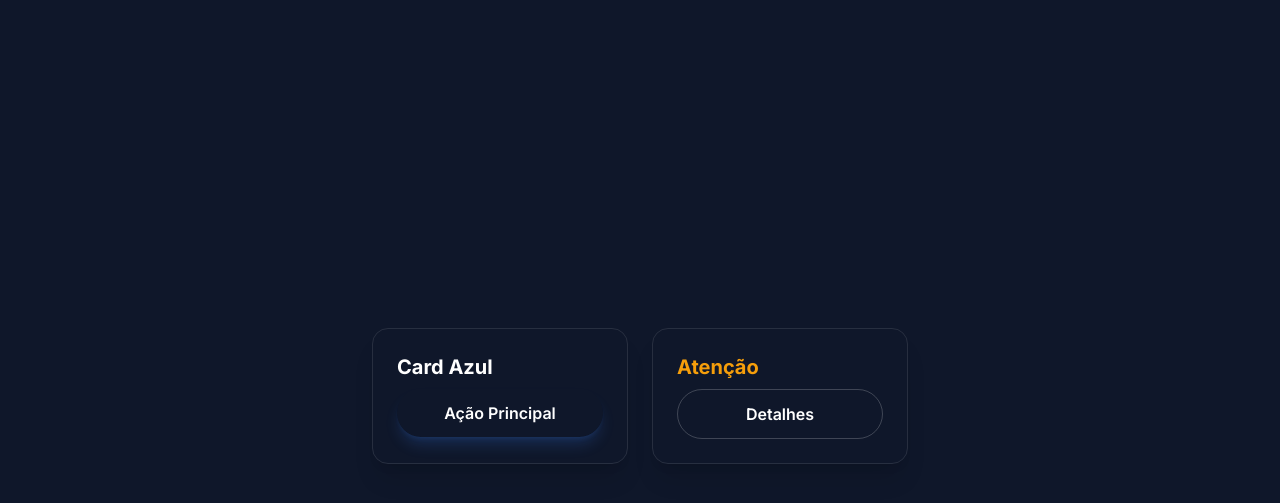
Repository: Hackaton-ONE/hackathon-Frontend
Page: /
The author's editor kept a copy of each file at every save. The page is drawn from the files as they stood at one save, then again after the next save.
The browser window is 1280 px wide. The pictures show the whole page.
The project was rebuilt for these pictures with package versions that can differ from the ones it lists, and the page was loaded fresh each time. The framework's server and built-in components were replaced by stand-ins that run in the browser. Also part of the build but not shown: next.config.ts.

Above is the page before, as saved 2026-01-01 14:13:53.

### app/layout.tsx
import type { Metadata } from "next";
import { Inter, Poppins } from "next/font/google"; // 1. Importar Poppins
import "./globals.css";

// 2. Configurar Inter
const inter = Inter({
  subsets: ["latin"],
  variable: "--font-inter",
});

// 3. Configurar Poppins (Pesos comuns: 400, 600, 700)
const poppins = Poppins({
  weight: ['400', '600', '700'],
  subsets: ["latin"],
  variable: "--font-poppins",
});

export const metadata: Metadata = {
  title: "MoodMatrix",
  description: "Análise de sentimentos com IA",
};

export default function RootLayout({
  children,
}: Readonly<{
  children: React.ReactNode;
}>) {
  return (
    <html lang="pt-br">
      {/* 4. Adicionar ambas as variáveis no body */}
      <body className={`${inter.variable} ${poppins.variable} bg-mood-dark text-white font-sans antialiased`}>
        {children}
      </body>
    </html>
  );
}

### app/page.tsx
import { Button } from "@/components/Button";
import { GlassCard } from "@/components/GlassCard";

export default function Home() {
  return (
    <main className="flex min-h-screen flex-col items-center justify-center p-10 gap-8 bg-mood-dark">

      <h1 className="text-4xl font-poppins font-bold text-transparent bg-clip-text bg-gradient-to-r from-blue-DEFAULT to-neon-green">
        UI Kit Check
      </h1>

      <div className="grid grid-cols-1 md:grid-cols-2 gap-6">
        {/* Teste Card Azul */}
        <GlassCard gradient="blue" className="p-6 w-64 border-blue-DEFAULT/30">
          <h2 className="text-xl font-bold mb-2">Card Azul</h2>
          <Button variant="primary" className="w-full">Ação Principal</Button>
        </GlassCard>

        {/* Teste Card Laranja (Aviso) */}
        <GlassCard gradient="orange" className="p-6 w-64 border-neon-orange/30">
          <h2 className="text-xl font-bold mb-2 text-neon-orange">Atenção</h2>
          <Button variant="outline" className="w-full">Detalhes</Button>
        </GlassCard>
      </div>

    </main>
  );
}

### app/globals.css
@tailwind base;
@tailwind components;
@tailwind utilities;

/* Define o fundo padrão do site inteiro e a cor do texto */
body {
  background-color: #0F172A; /* mood.dark */
  color: #ffffff;
  min-height: 100vh;
}

/* Utilitário para o efeito de Vidro (Glassmorphism) */
.glass {
  background: rgba(30, 41, 59, 0.4); /* mood.gray com transparência */
  backdrop-filter: blur(12px);
  -webkit-backdrop-filter: blur(12px);
  border: 1px solid rgba(255, 255, 255, 0.1);
}

### components/Button.tsx
import React from "react";

interface ButtonProps extends React.ButtonHTMLAttributes<HTMLButtonElement> {
  variant?: "primary" | "outline" | "ghost";
  children: React.ReactNode;
}

export function Button({ variant = "primary", className = "", children, ...props }: ButtonProps) {

  const baseStyles = "px-6 py-3 rounded-full font-semibold transition-all duration-300 flex items-center justify-center gap-2 active:scale-95";

  const variants = {
    // Gradiente Azul -> Verde (Conforme sua paleta)
    primary: "bg-gradient-to-r from-blue-DEFAULT to-neon-green text-white shadow-lg shadow-blue-500/20 hover:shadow-blue-500/40 hover:brightness-110 border-0",

    // Apenas borda
    outline: "bg-transparent border border-white/20 text-white hover:bg-white/5",

    // Transparente (bom para links no menu)
    ghost:   "bg-transparent text-gray-400 hover:text-white hover:bg-white/5",
  };

  return (
    <button
      className={`${baseStyles} ${variants[variant]} ${className}`}
      {...props}
    >
      {children}
    </button>
  );
}

### components/GlassCard.tsx
import React from "react";

interface GlassCardProps {
  children: React.ReactNode;
  className?: string;
  gradient?: "blue" | "green" | "red" | "orange" | "none";
}

export function GlassCard({ children, className = "", gradient = "none" }: GlassCardProps) {

  const gradientBg = {
    none: "bg-white/5", // Base neutra mais sutil
    blue: "bg-card-blue",
    green: "bg-card-green",
    red: "bg-card-red",
    orange: "bg-card-orange",
  };

  return (
    <div className={`relative overflow-hidden rounded-2xl border border-white/10 shadow-xl ${className}`}>
      {/* CAMADA DO VIDRO (Fundo + Blur)
        Fica posicionada absolutamente atrás do conteúdo.
      */}
      <div
        className={`
          absolute inset-0
          backdrop-blur-xl
          ${gradientBg[gradient]}
          -z-10 /* Garante que fique atrás do conteúdo */
        `}
        aria-hidden="true"
      />

      {/* CONTEÚDO (Texto, Botões)
        Fica na frente, sem nenhum blur aplicado diretamente nele.
      */}
      <div className="relative z-10 h-full">
        {children}
      </div>
    </div>
  );
}

### tailwind.config.ts
/** @type {import('tailwindcss').Config} */
const config = {
  // Configuração de onde o Tailwind procura as classes
  content: [
    "./app/**/*.{js,ts,jsx,tsx,mdx}",
    "./pages/**/*.{js,ts,jsx,tsx,mdx}",
    "./components/**/*.{js,ts,jsx,tsx,mdx}",
    "./src/app/**/*.{js,ts,jsx,tsx,mdx}",
    "./src/pages/**/*.{js,ts,jsx,tsx,mdx}",
    "./src/components/**/*.{js,ts,jsx,tsx,mdx}",
  ],
  theme: {
    extend: {
      colors: {
        white: "#FFFFFF",
        mood: {
          dark: "#0F172A", // Fundo Azul Escuro
          nav: "#FFFFFF",  // Base para Navbar
        },
        blue: {
          light: "#60A5FA",   // Azul Claro
          DEFAULT: "#2563EB", // Azul Padrão
          dark: "#1E3A8A",    // Azul Escuro
        },
        neon: {
          green: "#10B981",
          red: "#B91C1C",
          orange: "#F59E0B",
        },
      },
      fontFamily: {
        sans: ['var(--font-inter)', 'sans-serif'],
        poppins: ['var(--font-poppins)', 'sans-serif'],
      },
      backgroundImage: {
        // Gradientes de Seta e Barra de Progresso
        'gradient-pos': 'linear-gradient(to right, #2563EB, #10B981)',
        'gradient-neg': 'linear-gradient(to right, #B91C1C, #F59E0B)',

        // Gradientes Sutis para os Cards (Glassmorphism)
        'card-blue': 'linear-gradient(180deg, rgba(255, 255, 255, 0) 0%, rgba(96, 165, 250, 0.05) 100%)',
        'card-green': 'linear-gradient(180deg, rgba(255, 255, 255, 0) 0%, rgba(16, 185, 129, 0.05) 100%)',
        'card-red': 'linear-gradient(180deg, rgba(255, 255, 255, 0) 0%, rgba(185, 28, 28, 0.05) 100%)',
        'card-orange': 'linear-gradient(180deg, rgba(255, 255, 255, 0) 0%, rgba(245, 158, 11, 0.05) 100%)', // NOVO
      }
    },
  },
  plugins: [],
};

export default config;

After the next save:
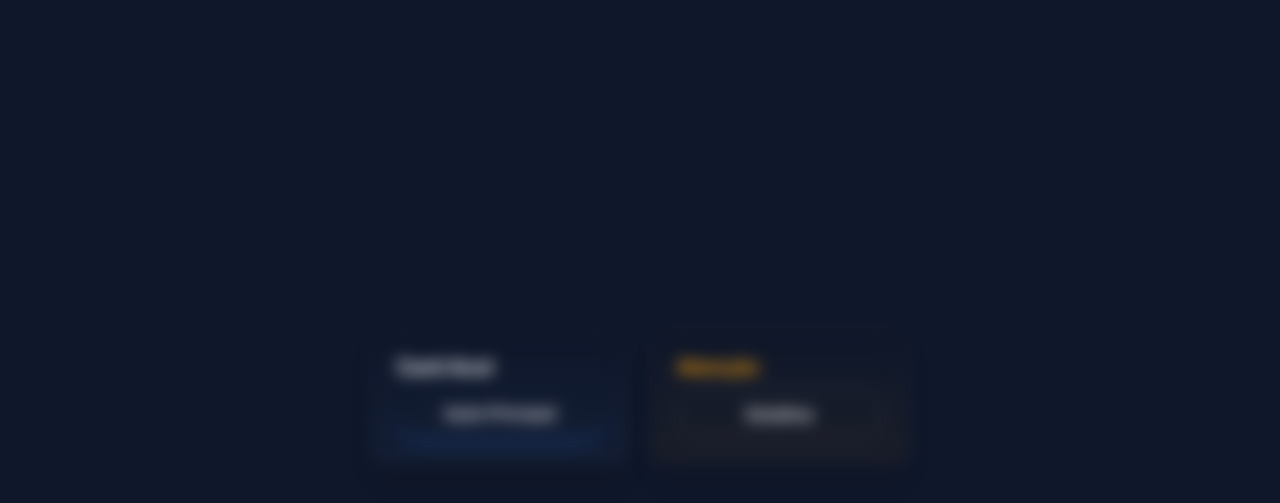
Saved 15 s later.
--- a/components/GlassCard.tsx
+++ b/components/GlassCard.tsx
@@ -3,13 +3,14 @@
 interface GlassCardProps {
   children: React.ReactNode;
   className?: string;
-  gradient?: "blue" | "green" | "red" | "orange" | "none";
+  gradient?: "blue" | "green" | "red" | "orange" | "none"; // Adicionei suporte aos seus gradientes
 }
 
 export function GlassCard({ children, className = "", gradient = "none" }: GlassCardProps) {
 
+  // Mapeia a prop 'gradient' para as classes do Tailwind config
   const gradientBg = {
-    none: "bg-white/5", // Base neutra mais sutil
+    none: "bg-mood-nav/5", // Branco 5%
     blue: "bg-card-blue",
     green: "bg-card-green",
     red: "bg-card-red",
@@ -17,26 +18,18 @@
   };
 
   return (
-    <div className={`relative overflow-hidden rounded-2xl border border-white/10 shadow-xl ${className}`}>
-      {/* CAMADA DO VIDRO (Fundo + Blur)
-        Fica posicionada absolutamente atrás do conteúdo.
-      */}
-      <div
-        className={`
-          absolute inset-0
-          backdrop-blur-xl
-          ${gradientBg[gradient]}
-          -z-10 /* Garante que fique atrás do conteúdo */
-        `}
-        aria-hidden="true"
-      />
-
-      {/* CONTEÚDO (Texto, Botões)
-        Fica na frente, sem nenhum blur aplicado diretamente nele.
-      */}
-      <div className="relative z-10 h-full">
-        {children}
-      </div>
+    <div
+      className={`
+        relative overflow-hidden
+        backdrop-blur-md         /* O blur do vidro */
+        border border-white/10   /* Borda sutil padrão */
+        rounded-2xl              /* Bordas arredondadas */
+        shadow-xl
+        ${gradientBg[gradient]}
+        ${className}
+      `}
+    >
+      {children}
     </div>
   );
 }

After the save that followed:
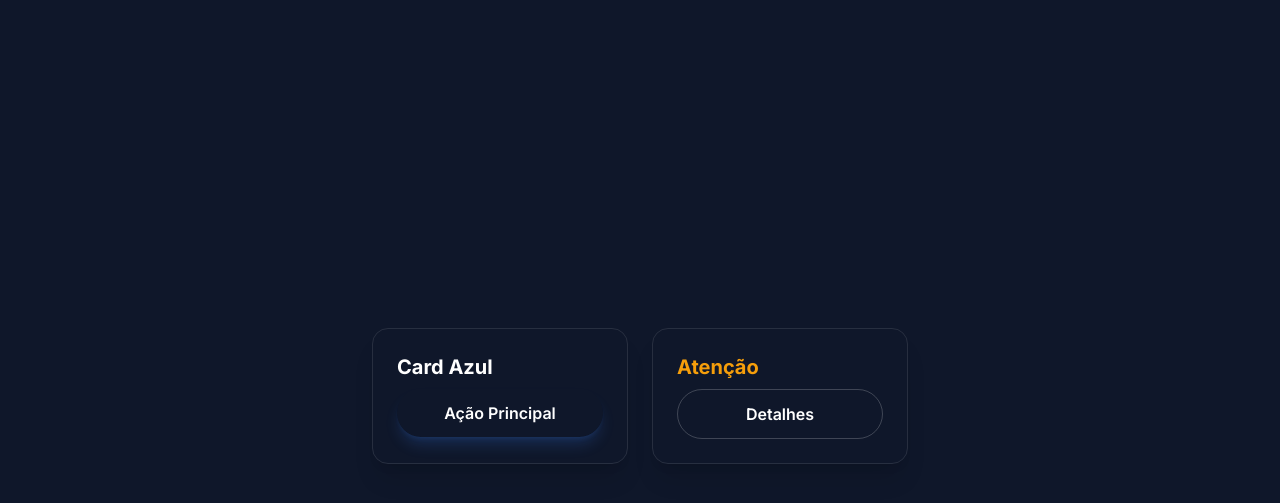
Saved 4 s later.
--- a/components/GlassCard.tsx
+++ b/components/GlassCard.tsx
@@ -3,14 +3,13 @@
 interface GlassCardProps {
   children: React.ReactNode;
   className?: string;
-  gradient?: "blue" | "green" | "red" | "orange" | "none"; // Adicionei suporte aos seus gradientes
+  gradient?: "blue" | "green" | "red" | "orange" | "none";
 }
 
 export function GlassCard({ children, className = "", gradient = "none" }: GlassCardProps) {
 
-  // Mapeia a prop 'gradient' para as classes do Tailwind config
   const gradientBg = {
-    none: "bg-mood-nav/5", // Branco 5%
+    none: "bg-white/5", // Base neutra mais sutil
     blue: "bg-card-blue",
     green: "bg-card-green",
     red: "bg-card-red",
@@ -18,18 +17,26 @@
   };
 
   return (
-    <div
-      className={`
-        relative overflow-hidden
-        backdrop-blur-md         /* O blur do vidro */
-        border border-white/10   /* Borda sutil padrão */
-        rounded-2xl              /* Bordas arredondadas */
-        shadow-xl
-        ${gradientBg[gradient]}
-        ${className}
-      `}
-    >
-      {children}
+    <div className={`relative overflow-hidden rounded-2xl border border-white/10 shadow-xl ${className}`}>
+      {/* CAMADA DO VIDRO (Fundo + Blur)
+        Fica posicionada absolutamente atrás do conteúdo.
+      */}
+      <div
+        className={`
+          absolute inset-0
+          backdrop-blur-xl
+          ${gradientBg[gradient]}
+          -z-10 /* Garante que fique atrás do conteúdo */
+        `}
+        aria-hidden="true"
+      />
+
+      {/* CONTEÚDO (Texto, Botões)
+        Fica na frente, sem nenhum blur aplicado diretamente nele.
+      */}
+      <div className="relative z-10 h-full">
+        {children}
+      </div>
     </div>
   );
 }
